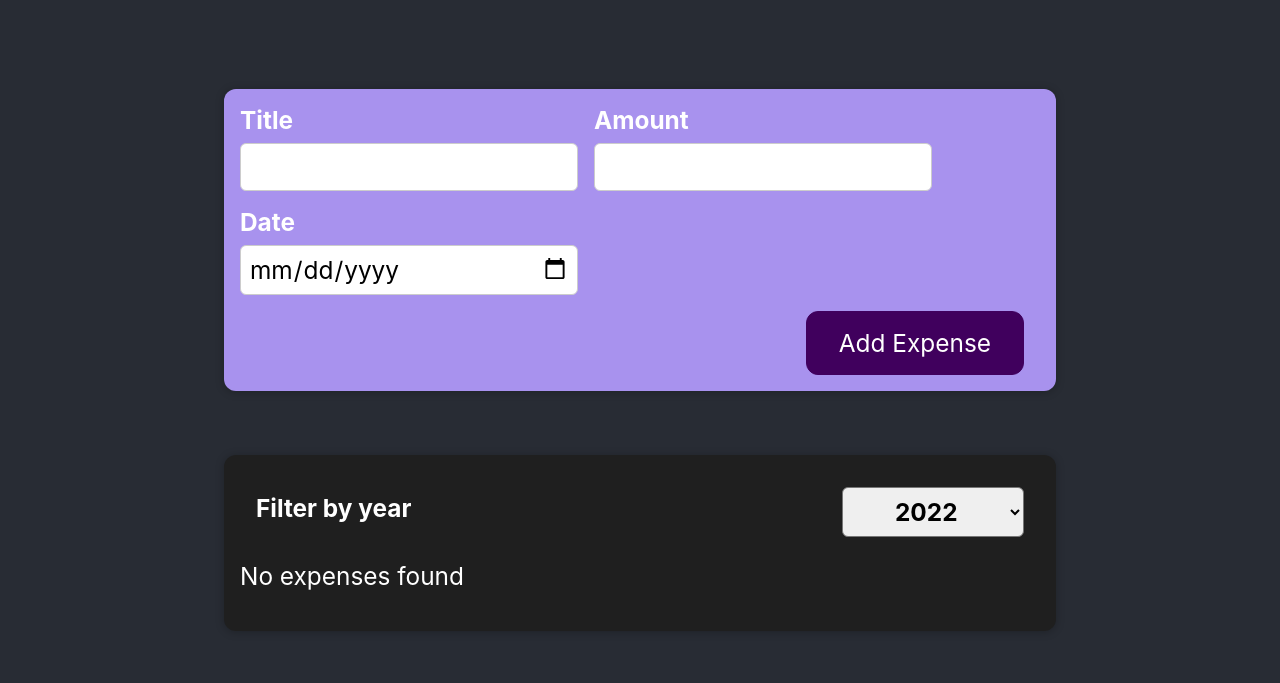
Repository: pakiam/react-demo-1
Page: /
An editor plug-in stored every save of this project. The page is shown before and after the next save, followed by the edit.
The browser window is 1280 px wide. The pictures show the whole page.
The project was rebuilt for these pictures with package versions that can differ from the ones it lists, and the page was loaded fresh each time. Also part of the build but not shown: src/components/Expenses/ExpenseDate.css, src/components/Expenses/ExpenseDate.js, src/components/Expenses/ExpenseItem.css, src/components/Expenses/ExpenseItem.js, src/components/Expenses/ExpensesList.css.

Above is the page before, as saved 2022-03-08 15:25:40.

After the next save:
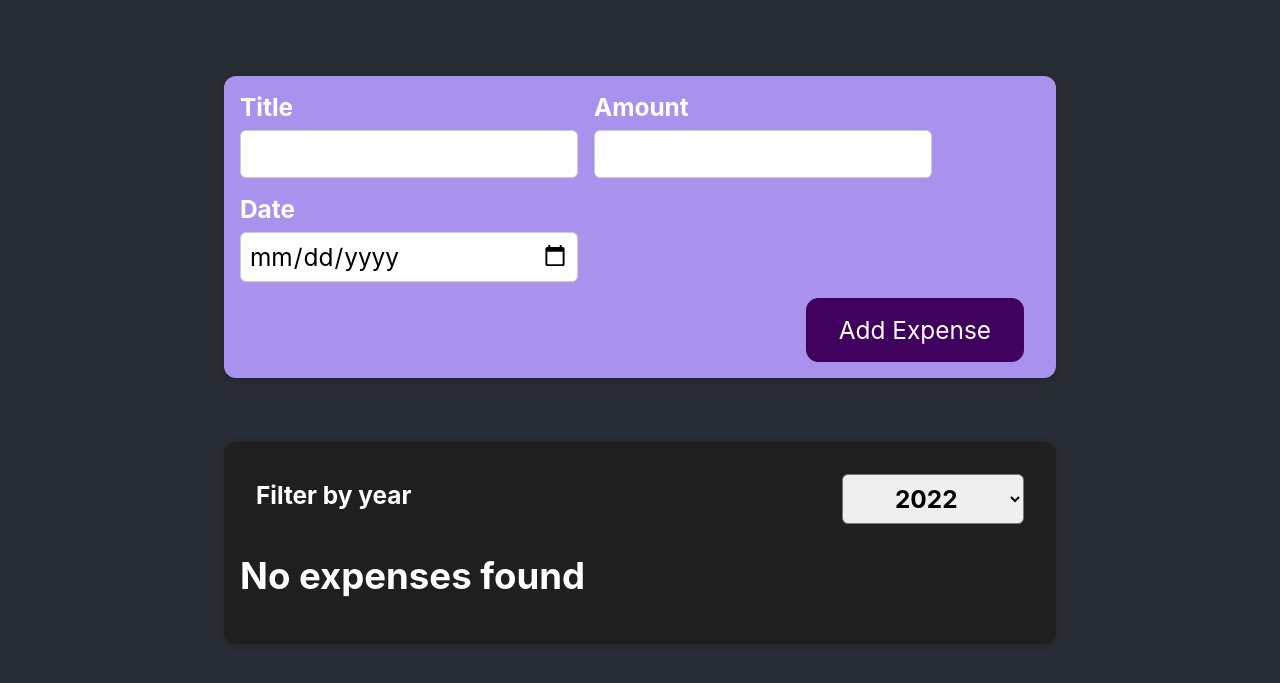
Saved 2 s later.
--- a/src/components/Expenses/Expenses.js
+++ b/src/components/Expenses/Expenses.js
@@ -1,9 +1,9 @@
 import React, { useState } from 'react';
 
 import './Expenses.css'
-import ExpenseItem from './ExpenseItem';
 import ExpensesFilter from './ExpensesFilter'
 import Card from '../UI/Card'
+import ExpensesList from './ExpensesList';
 
 function Expenses(props) {
   const [filteredYear, setFilteredYear] = useState(new Date().getFullYear().toString())
@@ -13,11 +13,7 @@
     return new Date(item.date).getFullYear().toString() === filteredYear
   })
 
-  let expensesContent = <p>No expenses found</p>
 
-  if (filteredExpenses.length > 0) {
-    expensesContent = filteredExpenses.map(expense => <ExpenseItem key={expense.id} title={expense.title} amount={expense.amount} date={expense.date} />)
-  }
 
   function onChangeFilter (selectedYear) {
     setFilteredYear(selectedYear)
@@ -31,7 +27,7 @@
   return (
     <Card className="expenses">
       <ExpensesFilter value={filteredYear} onChangeFilter={onChangeFilter}/>
-      {expensesContent}
+      <ExpensesList items={filteredExpenses}/>
     </Card>
   )
 }
